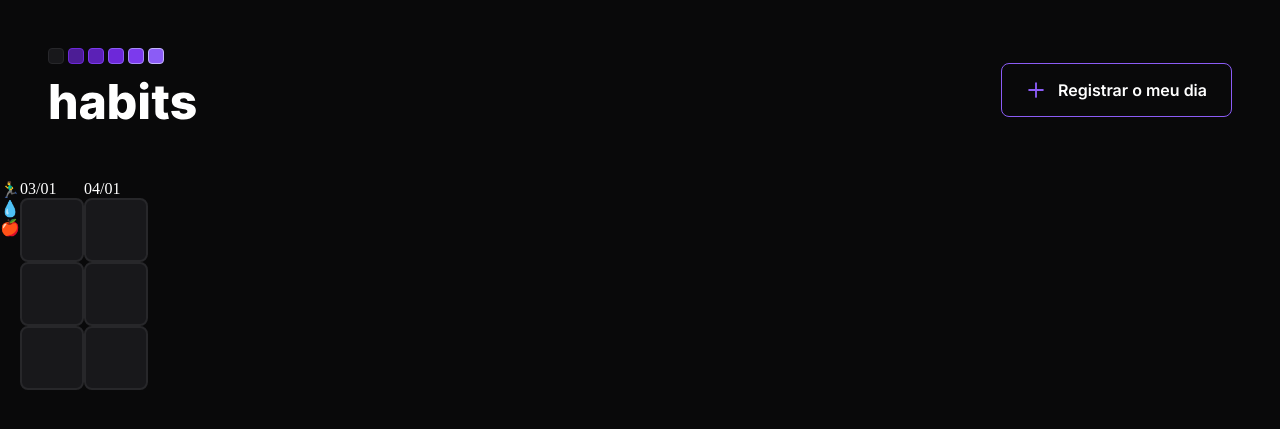
Repository: AntonyCosta/nlw-setup
Page: index.html
An editor plug-in stored every save of this project. The page is shown before and after a run of saves, followed by the edit.
The browser window is 1280 px wide. The pictures show the whole page.

Above is the page before, as saved 2023-01-18 03:51:32.

After the next 3 saves:
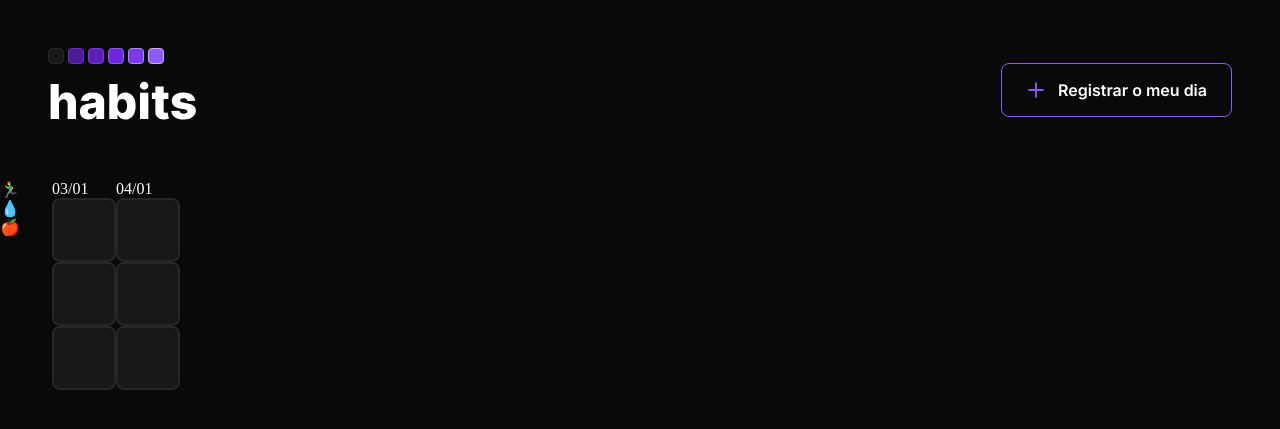
The 3 saves are shown as one change because they came seconds apart.
The last was saved 44 s later.
--- a/style.css
+++ b/style.css
@@ -45,6 +45,7 @@ form {
 
 .days {
   display: flex;
+  margin-left: 32px;
 }
 
 .day {
